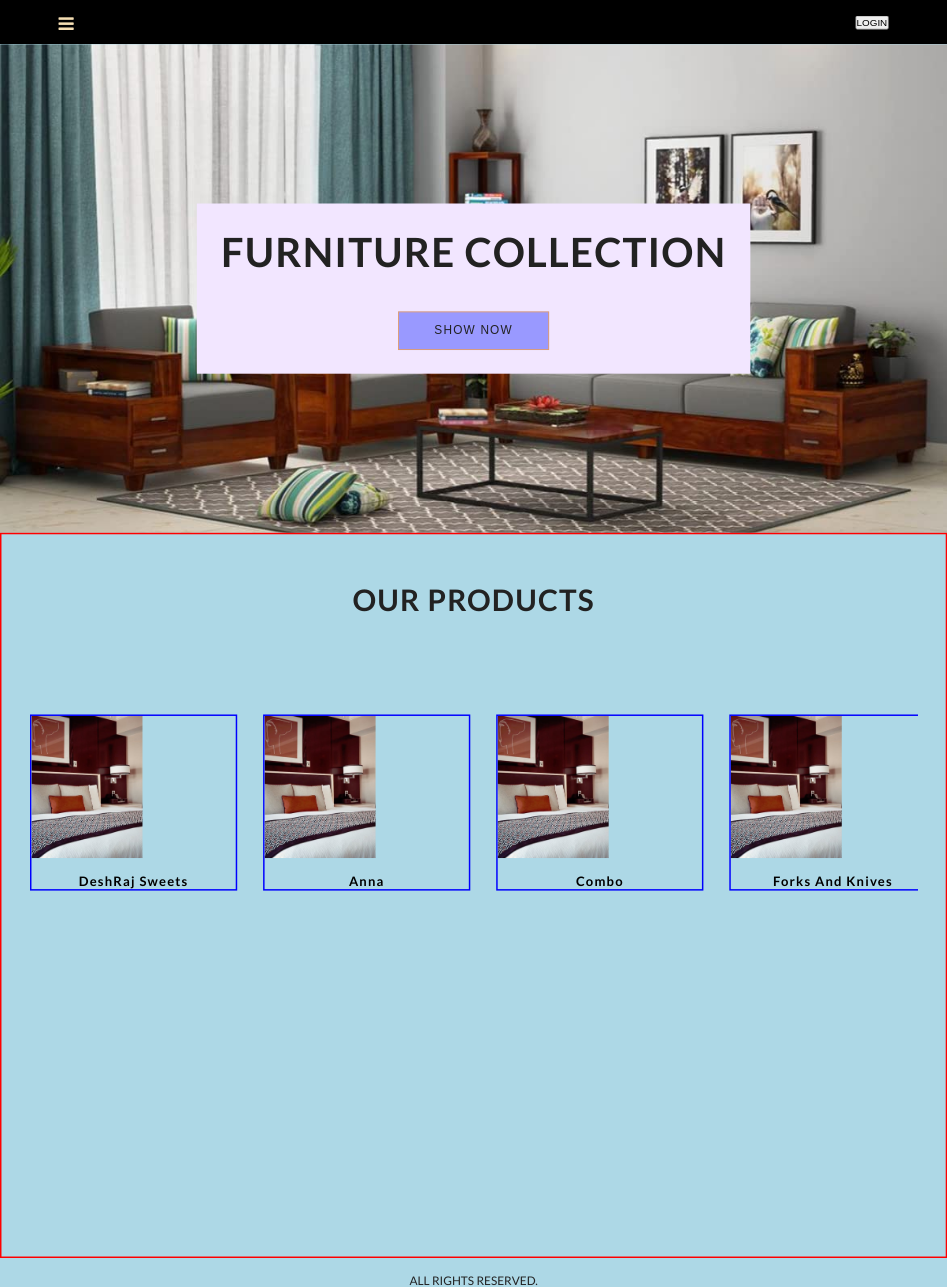
Repository: CHIR4G7/PEC-D
Page: http://localhost/
These files come from the project's save history. The page is drawn as it stood at one moment and after the next save; the edit follows.
The browser window is 1280 px wide. The pictures show the whole page, at 74% of full size.
The page is served by the project's Node server (app.js).

Above is the page before, as saved 2023-07-08 02:00:31.

After the next save:
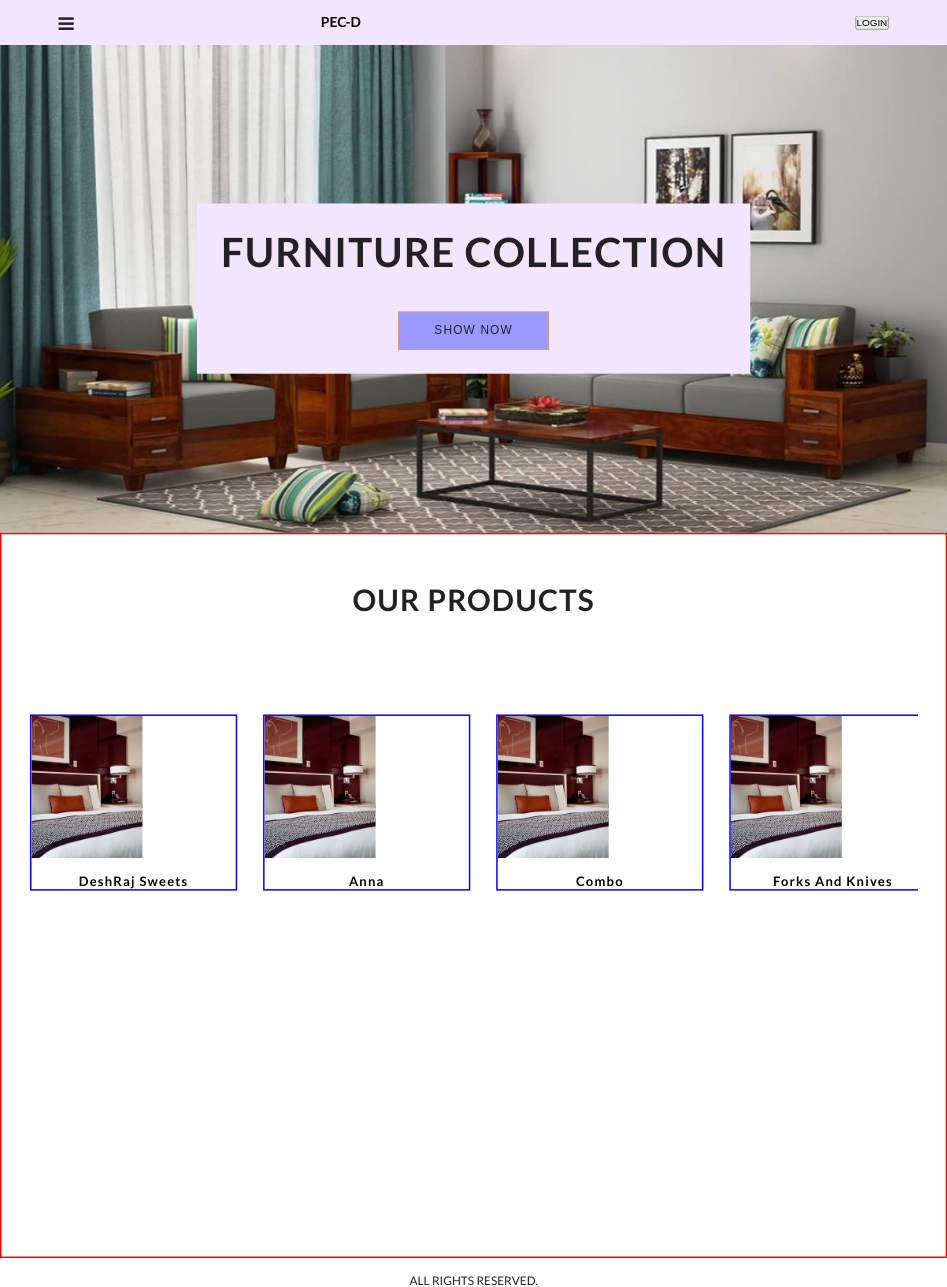
Saved 17 s later.
--- a/public/css/style.css
+++ b/public/css/style.css
@@ -21,7 +21,7 @@
 
 body {
     color: var(--mainBlack);
-    background: lightblue;
+    background: var(--mainWhite);
     font-family: "Lato", sans-serif;
 }
 
@@ -34,8 +34,7 @@ body {
     width: 100%;
     display: flex;
     align-items: center;
-    background: black;
-    color: wheat;
+    background: #f2e6ff;
     z-index: 1;
 }
 
